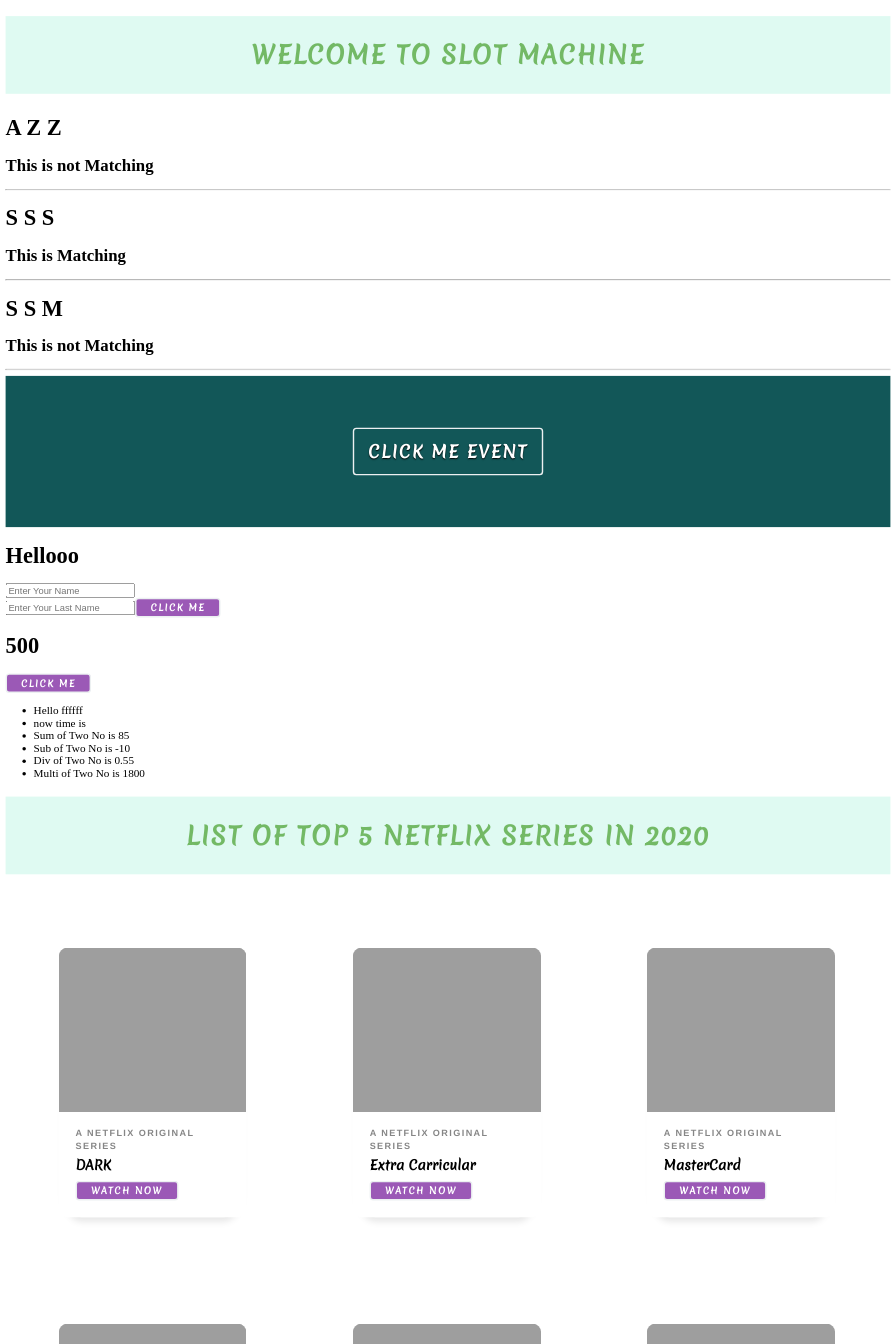
Repository: hardik2626/reactlearn2020
Page: /
The author's editor kept a copy of each file at every save. The page is drawn from the files as they stood at one save, then again after the next save.
The browser window is 1280 px wide. The pictures show the part of the page from y = 0 to 1920 px (the page is 2378 px tall before and 2507 px after), at 70% of full size.
Pictures or frames that could not be fetched are drawn as grey boxes. The project was rebuilt for these pictures with package versions that can differ from the ones it lists, and the page was loaded fresh each time.

Above is the page before, as saved 2020-10-12 18:28:52.

### public/index.html
<!DOCTYPE html>
<html lang="en">

<head>
    <meta charset="utf-8" />
    <link rel="icon" href="%PUBLIC_URL%/favicon.ico" />
    <meta name="viewport" content="width=device-width, initial-scale=1" />
    <meta name="theme-color" content="#000000" />
    <meta name="description" content="Web site created using create-react-app" />
    <link rel="apple-touch-icon" href="%PUBLIC_URL%/logo192.png" />
    <!--
      manifest.json provides metadata used when your web app is installed on a
      user's mobile device or desktop. See https://developers.google.com/web/fundamentals/web-app-manifest/
    -->
    <link rel="manifest" href="%PUBLIC_URL%/manifest.json" />
    <!--
      Notice the use of %PUBLIC_URL% in the tags above.
      It will be replaced with the URL of the `public` folder during the build.
      Only files inside the `public` folder can be referenced from the HTML.

      Unlike "/favicon.ico" or "favicon.ico", "%PUBLIC_URL%/favicon.ico" will
      work correctly both with client-side routing and a non-root public URL.
      Learn how to configure a non-root public URL by running `npm run build`.
    -->
    <link href="https://fonts.googleapis.com/css2?family=Merienda&display=swap" rel="stylesheet">
    <title>React App</title>
</head>

<body>
    <noscript>You need to enable JavaScript to run this app.</noscript>
    <div id="root"></div>
    <!--
      This HTML file is a template.
      If you open it directly in the browser, you will see an empty page.

      You can add webfonts, meta tags, or analytics to this file.
      The build step will place the bundled scripts into the <body> tag.

      To begin the development, run `npm start` or `yarn start`.
      To create a production bundle, use `npm run build` or `yarn build`.
    -->
</body>

</html>

### src/index.js
import React from 'react';
import ReactDOM from 'react-dom';
import App from './App';
import Cards from './Cards'
import './index.css';
import Sdata from './Sdata'

//console.log(Sdata[1].sname);

/*function nCard(val){
  //console.log(val);
  return(
    <Cards
     imgsrc={val.imgsrc}
     sname={val.sname}
     title={val.title}
     link={val.link}
     />
  )
}*/



ReactDOM.render(
  <>

  <App myname="ffffff" />


    <h1 className="heading_style">List of TOP 5 Netflix Series in 2020</h1>
    {/* {Sdata.map(nCard)}; */}

    {Sdata.map((val, index) => {
      console.log(index);
      return(
        <React.Fragment key={val.imgsrc}>
        <Cards  imgsrc={val.imgsrc} sname={val.sname} title={val.title} link={val.link} />
        </React.Fragment>
      )
      }
    )};


     { /* <Cards imgsrc={Sdata[1].imgsrc} sname={Sdata[1].sname} title={Sdata[1].title} link={Sdata[1].link} />
     <Cards imgsrc={Sdata[2].imgsrc} sname={Sdata[2].sname} title={Sdata[2].title} link={Sdata[2].link} /> */ }

  </>, document.getElementById('root')
);

### src/App.js
import React from 'react';
import add, { sub, mult, div } from './Calc';
import Eventhand from './Eventhand';
import MachineGame from './MachineGame';
import Myform from './Myform';
import Myhooks from './Myhooks';

function App(props){

  return(
    <>
    <MachineGame />
    <Eventhand />
   <Myform />
   <Myhooks />
  <ul>
  <li>Hello {props.myname}</li>
  <li>now time is {new Date().toLocaleDateString}</li>
    <li>Sum of Two No is {add(45,40)}</li>
    <li>Sub of Two No is {sub(30,40)}</li>
    <li>Div of Two No is {div(22,40)}</li>
    <li>Multi of Two No is {mult(45,40)}</li>
  </ul>
  </>
  )
}

export default App

### src/Cards.jsx
import React from 'react';

function Cards(props){
  //console.log(props)
  return(
    <>
    <div className="cards">
      <div className="card">
        <img src={props.imgsrc} alt="ALPIC" className="card__img" />
        <div className="card__info">
          <span className="card__category">{props.title}</span>
          <h3 className="card__title"> {props.sname} </h3>
          <a href={props.link } target="_blank">
            <button>Watch Now</button>
          </a>
        </div>
      </div>
    </div>
  </>
  )
}
export default Cards

### src/index.css
/* * {
    margin: 0;
    padding: 0;
    box-sizing: border-box;
}

.heading {
    color: blue;
    text-align: center;
    text-transform: capitalize;
    font-weight: bold;
    text-shadow: 0px 2ps 4px #ffe9c5;
    font-family: 'Merienda', cursive;
}

.heading2 {
    color: #c75757;
    text-align: center;
    text-transform: capitalize;
    font-weight: bold;
    font-family: 'Merienda', cursive;
}

.imgDIV {
    width: 200px;
    height: auto;
    margin-top: 20px;
    display: inline;
}

body {
    background-color: #b4f2e1;
    box-sizing: border-box;
    margin: 0;
    padding: 0;
    font-family: 'Gill Sans', 'Gill Sans MT', Calibri, 'Trebuchet MS', sans-serif;
}

div {
    width: 100%;
    height: 100vh;
    display: flex;
    justify-content: center;
    align-items: center;
    margin-top: -30px;
}

h1 {
    padding: 20px;
    background-color: #ffe9c5;
    color: #fa9191;
    border-radius: 20px;
    font-size: 60px;
}

span {
    color: #eb6383;
} */

.heading_style {
    padding: 30px 0;
    text-align: center;
    font-family: 'Merienda', cursive;
    text-transform: uppercase;
    font-size: 35px;
    letter-spacing: 2px;
    font-weight: bold;
    color: #3d9820ab;
    background-color: #b4f2e16b;
    margin-bottom: 30px;
}

.cards {
    width: 100%;
    height: auto;
}

.card {
    margin: 6%;
    background-color: #fff;
    width: 21.25%;
    border-radius: 12%;
    box-shadow: 0px 13px 10px -7px rgba(0, 0, 0, 0.1);
    float: left;
    transition: all 0.4s cubic-bezier(0.175, 0.885, 0, 1);
    -webkit-border-radius: 12%;
    -moz-border-radius: 12%;
    -ms-border-radius: 12%;
    -o-border-radius: 12%;
    -webkit-transition: all 0.4s cubic-bezier(0.175, 0.885, 0, 1);
    -moz-transition: all 0.4s cubic-bezier(0.175, 0.885, 0, 1);
    -ms-transition: all 0.4s cubic-bezier(0.175, 0.885, 0, 1);
    -o-transition: all 0.4s cubic-bezier(0.175, 0.885, 0, 1);
}

.card:hover {
    box-shadow: 0px 30px 18px -8px rgba(0, 0, 0, 0.1);
    transform: scale(1.05, 1.05);
    -webkit-transform: scale(1.05, 1.05);
    -moz-transform: scale(1.05, 1.05);
    -ms-transform: scale(1.05, 1.05);
    -o-transform: scale(1.05, 1.05);
}

.card__img {
    width: 100%;
    height: 235px;
    border-top-left-radius: 12px;
    border-top-right-radius: 12px;
}

.card__info {
    background-color: #fff;
    border-bottom-left-radius: 12px;
    border-bottom-right-radius: 12px;
    padding: 16px 24px 24px 24px;
}

.card__category {
    font-family: 'Franklin Gothic Medium', 'Arial Narrow', Arial, sans-serif;
    text-transform: uppercase;
    font-size: 13px;
    letter-spacing: 2px;
    font-weight: bold;
    color: #868686;
    background-color: #fff;
}

.card__title {
    margin-top: 5px;
    margin-bottom: 10px;
    font-family: 'Merienda', cursive;
    background-color: #fff;
    text-transform: capitalize;
}

button {
    padding: 8px 5px;
    font-family: 'Merienda', cursive;
    text-transform: uppercase;
    font-size: 13px;
    letter-spacing: 2px;
    font-weight: bold;
    color: #868686;
    background-color: #fff;
    outline: none;
    border: 1px solid #000;
    cursor: pointer;
}

button {
    line-height: 24px;
    padding: 0 20px;
    background-color: #9b59b6;
    color: #fff;
    border: 2px solid #ecf0f1;
    outline: none;
    border-radius: 5px;
    text-transform: uppercase;
    cursor: pointer;
    -webkit-border-radius: 5px;
    -moz-border-radius: 5px;
    -ms-border-radius: 5px;
    -o-border-radius: 5px;
}

.evnthnd {
    color: White;
    background: transparent;
    text-shadow: 0 2px 2px #000;
    font-size: 24px;
    padding: 20px;
}

div.evnt {
    width: 100%;
    height: 30vh;
    display: flex;
    justify-content: center;
    align-items: center;
    background-color: violet;
    flex-direction: column;
}

### src/Sdata.jsx
const Sdata = [{
        imgsrc : "https://picsum.photos/500/300",
        sname : "DARK",
        title : " A Netflix Original Series",
        link : "https://www.google.com/"
    },
    {
        imgsrc : "https://picsum.photos/500/330",
        sname : "Extra Carricular",
        title : " A Netflix Original Series",
        link : "https://www.google.com/"
    },
    {
        imgsrc : "https://picsum.photos/500/340",
        sname : "MasterCard",
        title : " A Netflix Original Series",
        link : "https://www.google.com/"
    },
    {
        imgsrc : "https://picsum.photos/500/335",
        sname : "TrueLove",
        title : " A ZEE  Series",
        link : "https://www.google.com/"
    },
    {
        imgsrc : "https://picsum.photos/500/345",
        sname : "Khul JA Sim Sim",
        title : " A ZEE5  Series",
        link : "https://www.google.com/"
    },
    {
        imgsrc : "https://picsum.photos/500/339",
        sname : "Extra Carricular",
        title : " A Netflix Original Series",
        link : "https://www.google.com/"
    }

];
export default Sdata

### src/Calc.jsx
import React from 'react';

function add(a, b) {
    let sum = a + b;
    return sum;
}
export default add;

function sub(a, b) {
    let sub = a - b;
    return sub;
}


function mult(a, b) {
    let mult = a * b;
    return mult;
}


function div(a, b) {
    let div = a / b;
    return div;
}
export { sub, mult, div };

### src/Eventhand.js
import React, { Component, useState } from 'react'

const Eventhand = () => {
        const purple = "#125758";
        const Newpurple = "#656987";
        const [bg,setBg] = useState(purple)
        const [ename, setName] = useState('Click Me Event')
        const bgChange = () => {
                //console.log('clickkk');
                let newBg = "#789548"
                setBg(newBg)
                setName("Hardik Devani 🤬 ")
        }
        const bgBack = () => {
                setBg(Newpurple)
                setName('Double Click 😠')
        }
        return(
                <>
                        <div className="evnt" style={{backgroundColor:bg}}>
                                <button className="evnthnd"  onMouseEnter={bgChange} onMouseLeave={bgBack}>
                                {/* <button className="evnthnd"  onClick={bgChange} onDoubleClick={bgBack}> */}
                                {ename}
                                </button>
                        </div>
                </>
        )
}
export default Eventhand;

### src/MachineGame.js
import React, { Component } from 'react'

const  SlotM = (props) => {
    // let x = 'A';
    // let y = 'A';
    // let z = 'A';

    let x = props.x;
    let y = props.y;
    let z = props.z;

    if( x===y && y===z ){
        return(
            <>
                <div className="slot">
                    <h1>{x} {y} {z}</h1>
                    <h2>This is Matching</h2>
                    <hr/>

                </div>
            </>
        )
    } else {
        return(
            <>
                <div className="slot">
                    <h1>{x} {y} {z}</h1>
                    <h2>This is not Matching</h2>
                    <hr/>

                </div>
            </>
        )
    }
}

const MachineGame = () =>{
    return(
        <>
            <h1 className="heading_style"> Welcome to <span style={{fontWeight:'bold'}}>Slot Machine</span>  </h1>
            <div className="slotmachine">
            <SlotM  x='A' y='Z' z='Z' />
            <SlotM x='S' y='S' z='S'/>
            <SlotM x='S' y='S' z='M'/>
            </div>
        </>
    )
}

export default MachineGame

### src/Myform.js
import React, { useState } from 'react'

const Myform = () => {

        const [name, setName] = useState('')
        const [lastname, setLastName] = useState('')
        const [fullName, setFullName] = useState('')
        const [lastname2, setLastName2] = useState('')

        const subForm = (event) =>{
                setName(event.target.value)
                //console.log(event.target.value);
        }

        const subFormlname = (event) => {
                setLastName(event.target.value)
        }
        const onSubmit = (event) => {
                event.preventDefault();
                setFullName(name)
                setLastName2(lastname)
        }
        return(
                <>
                <div className="main_div">
                <form onSubmit={onSubmit}>
                        <h1>Hellooo {fullName} {lastname2}</h1>
                        <input type="email" placeholder="Enter Your Name" onChange={subForm} value={name} />
                        <br/>
                        <input type="password" placeholder="Enter Your Last Name" onChange={subFormlname} value={lastname} />
                        <button type="submit">Click Me</button>
                        </form>
                </div>
        </>
        )
}

export default Myform;

### src/Myhooks.js
import React, { useState } from 'react';
let count = 1;

const Myhooks = () => {

        const state = useState();
const [count, setCount] = useState(500);

const IncNum = () => {
        setCount(count + 5)
        //console.log("clicked" + count++)
};

        return(
                <>
                <h1>{count}</h1>
                <button onClick={IncNum}>Click Me</button>
                </>
        )
}
export default Myhooks

After the next save:
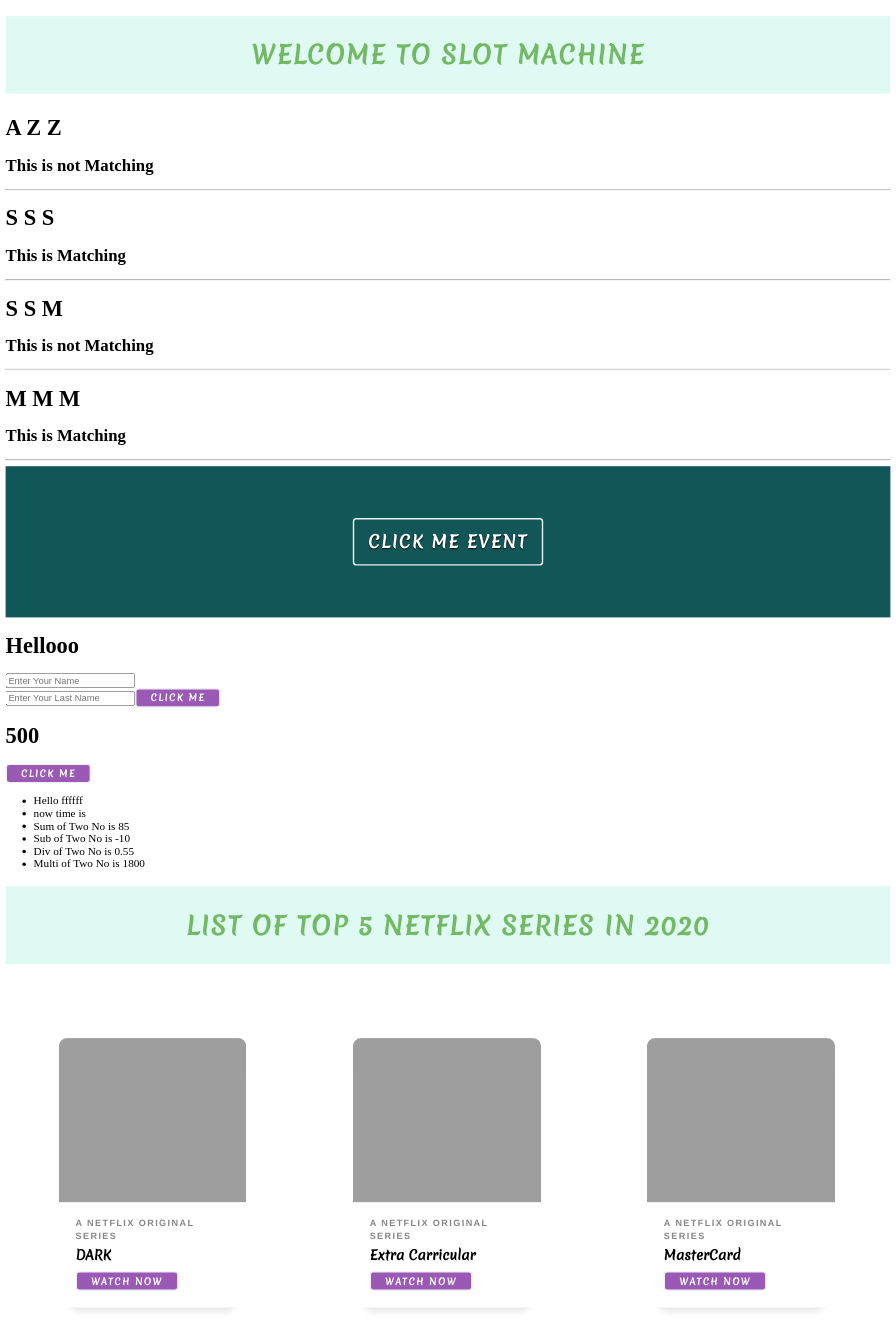
Saved 18 s later.
--- a/src/MachineGame.js
+++ b/src/MachineGame.js
@@ -42,6 +42,7 @@
             <SlotM  x='A' y='Z' z='Z' />
             <SlotM x='S' y='S' z='S'/>
             <SlotM x='S' y='S' z='M'/>
+            <SlotM x='M' y='M' z='M'/>
             </div>
         </>
     )
